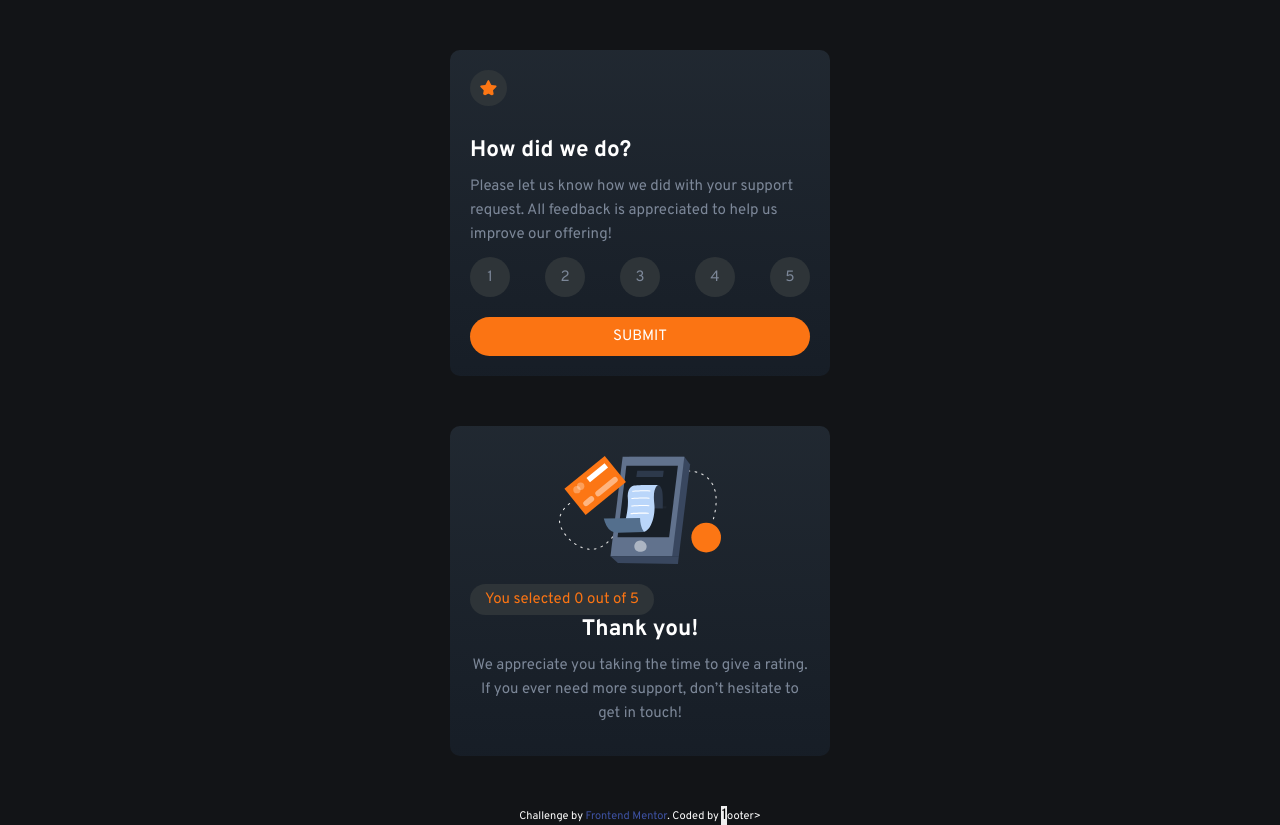
Repository: huynhnhutanhduy/interactive-rating-component
Page: index.html
The author's editor kept a copy of each file at every save. The page is drawn from the files as they stood at one save, then again after the next save.
The browser window is 1280 px wide. The pictures show the whole page.

Above is the page before, as saved 2022-10-19 10:43:42.

After the next save:
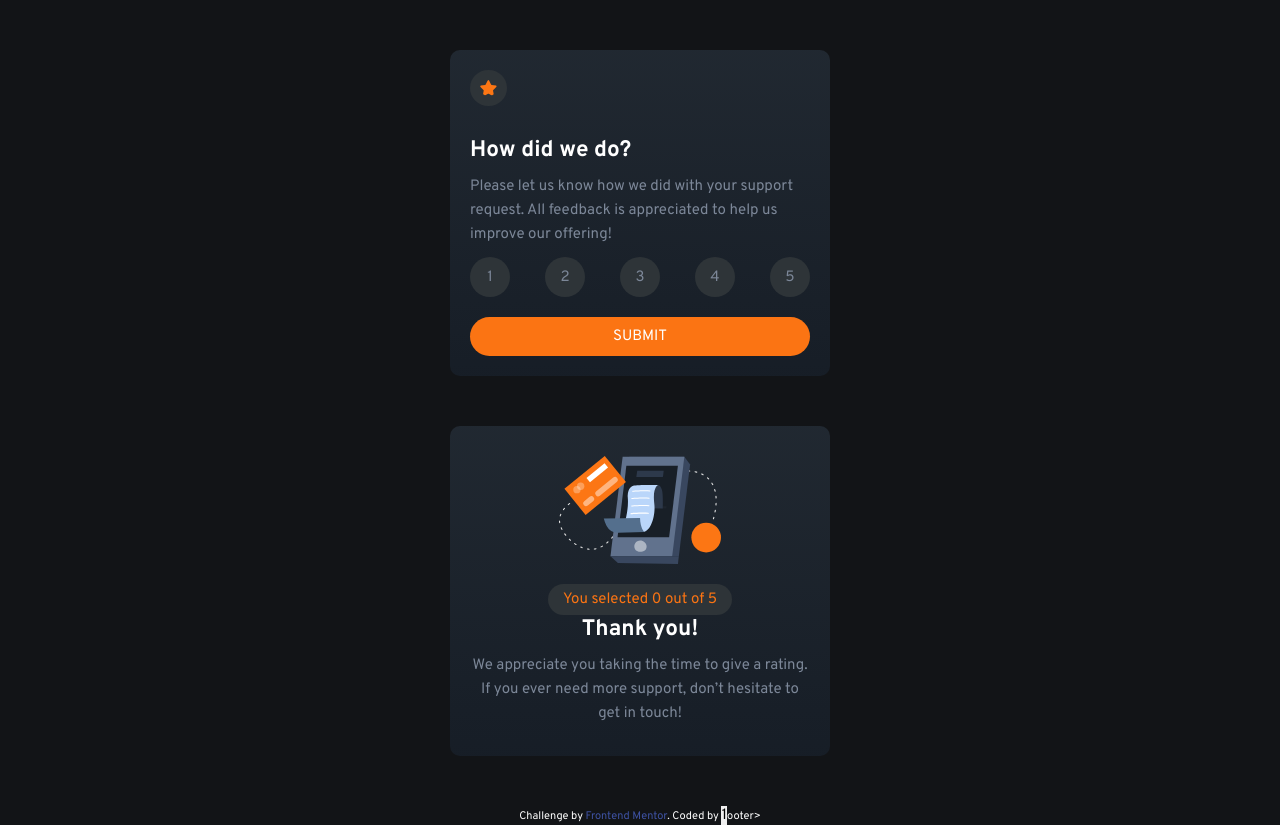
Saved 20 s later.
--- a/index.html
+++ b/index.html
@@ -36,7 +36,7 @@
       <!-- Rating state end -->
 
       <!-- Thank you state start -->
-      <article class="rating-container">
+      <article class="rating-container thank-you">
         <img src="./images/illustration-thank-you.svg" alt="thank you picture" class="rating-thank">
         <p class="rating-result">You selected <span>0</span> out of 5</p>
         <!-- Add rating here -->
